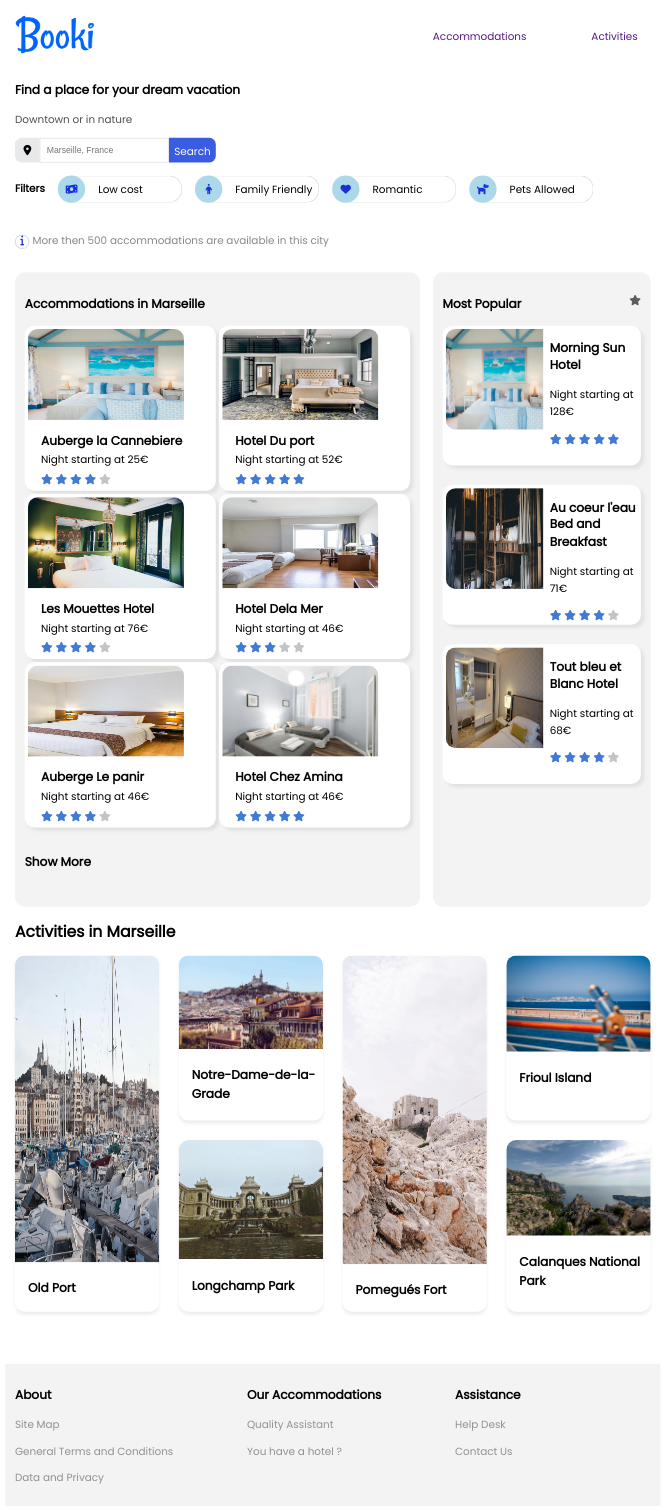
Repository: ailahin/booki
Page: index.html
These files come from the project's save history. The page is drawn as it stood at one moment and after the next save; the edit follows.
The browser window is 1024 px wide. The pictures show the whole page, at 65% of full size.
Some web fonts or font styles are not loaded; a fallback is used. Some web libraries are served in a nearby version.

Above is the page before, as saved 2023-07-19 04:51:36.

After the next save:
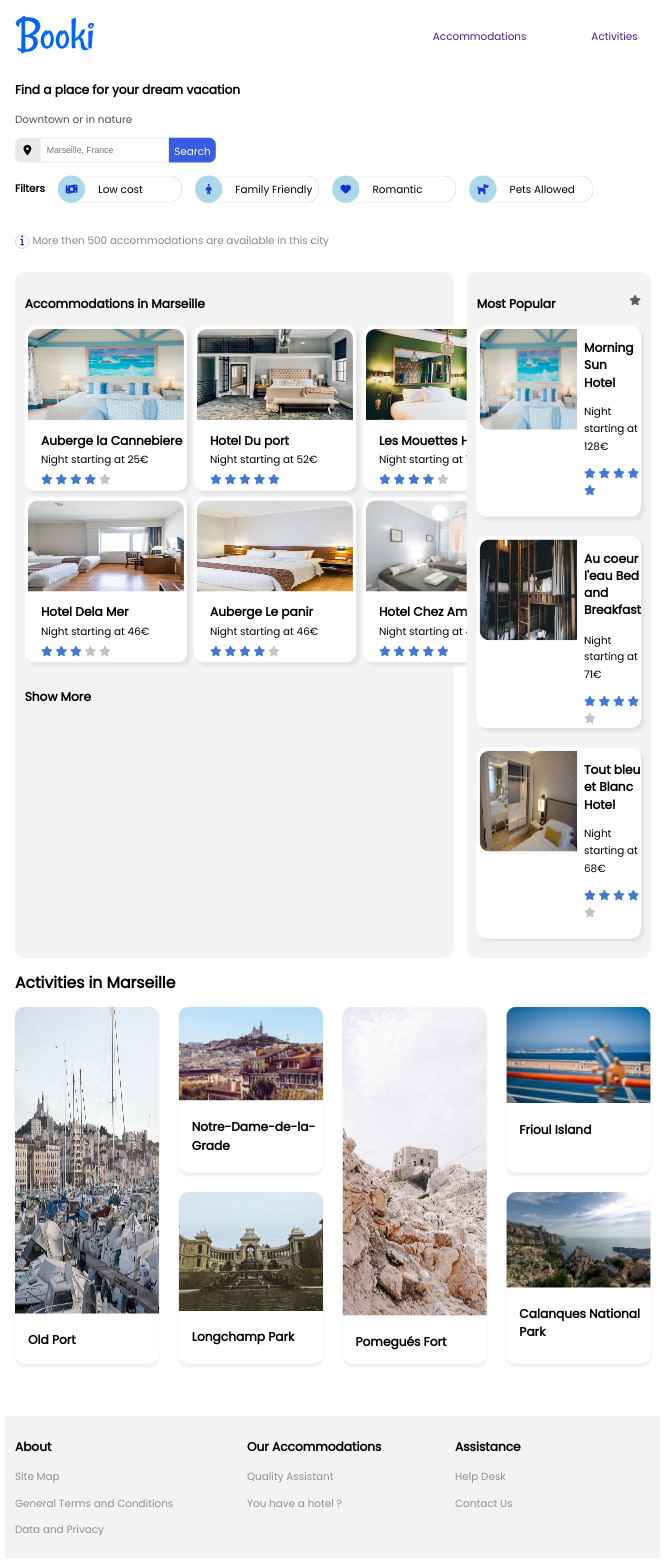
Saved 29 s later.
--- a/css/index.css
+++ b/css/index.css
@@ -473,21 +473,19 @@ margin-bottom: 5px;
   /* Medium devices (landscape tablets, 768px and up) */
   @media only screen and (min-width: 992px) {
 
-    .all-accomodations-details{
-        display: grid;
-        grid-template-columns: repeat(2, 1fr);
-        gap: 5px;
-     }
+
 
 
 
 }
 
   /* Large devices (laptops/desktops, 992px and up) */
-  @media only screen and (min-width: 992px) and  {max-width: 1200px;
-
-
-  }
+  @media only screen and (min-width: 992px) and  (max-width: 1200px){
+
+
+  };
+
+
 
   /* Extra large devices (large laptops and desktops, 1200px and up) */
   @media only screen and (min-width: 1200px) {
